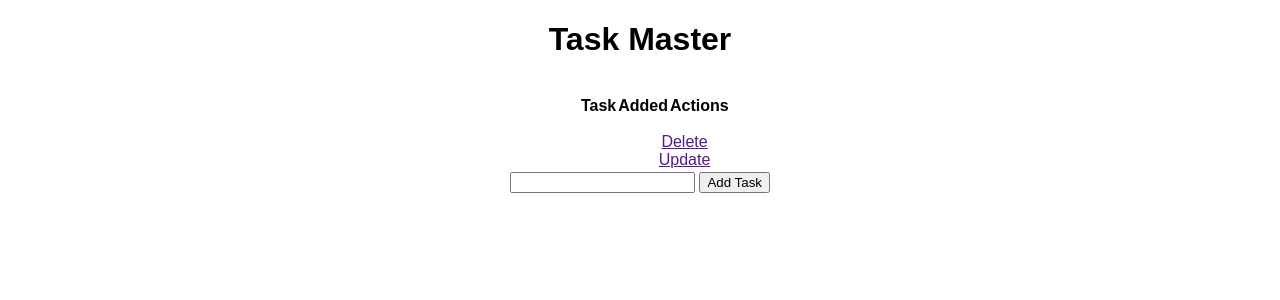
Repository: AnkurDevv/PythonFlask-TaskMaster
Page: http://localhost/
These files come from the project's save history. The page is drawn as it stood at one moment and after the next save; the edit follows.
The browser window is 1280 px wide. The pictures show the whole page.
The page is served by the project's application, run on Flask 3 (app.py). Queries for data that is not in the repository find no rows.

Above is the page before, as saved 2020-02-24 16:30:19.

After the next save:
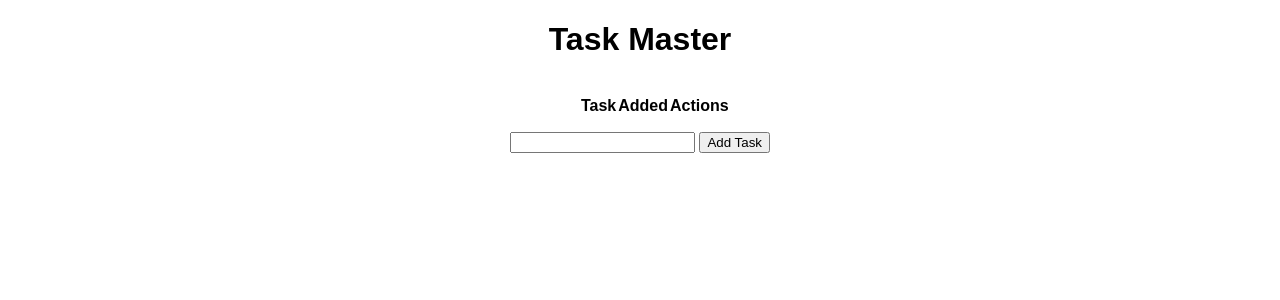
Saved 84 s later.
--- a/templates/index.html
+++ b/templates/index.html
@@ -14,6 +14,7 @@
       <th>Added</th>
       <th>Actions</th>
     </tr>
+    {% for task in tasks %}
     <tr>
       <td></td>
       <td></td>
@@ -23,6 +24,7 @@
         <a href="">Update</a>
       </td>
     </tr>
+    {% endfor %}
   </table>
 
   <form action="/" method="POST">
